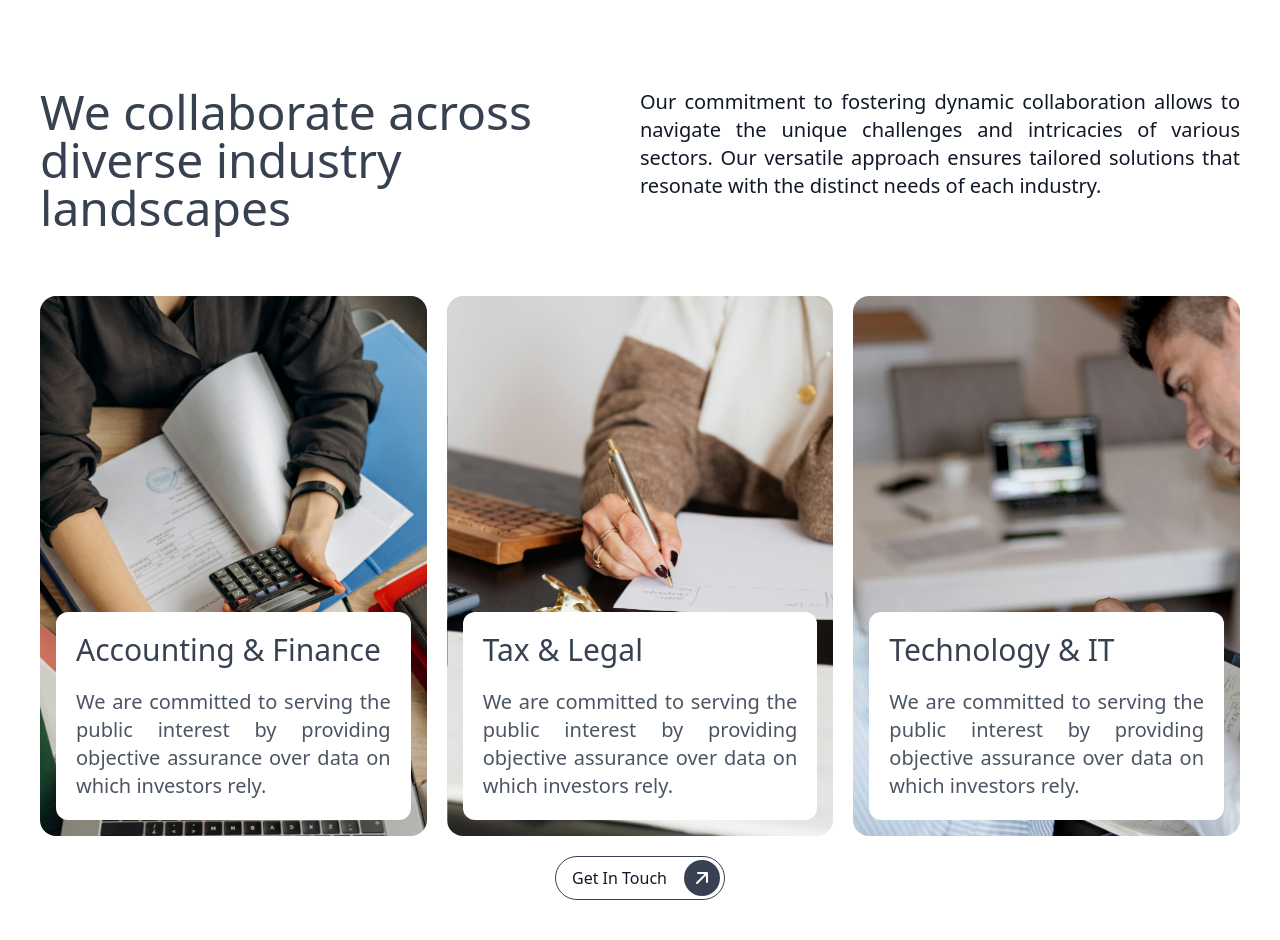
Repository: vespersolutionspk18/integrast-website
Page: /
The author's editor kept a copy of each file at every save. The page is drawn from the files as they stood at one save, then again after the next save.
The browser window is 1280 px wide. The pictures show the part of the page from y = 850 to 1802 px (the page is 1790 px tall before and 1802 px after).
The project was rebuilt for these pictures with package versions that can differ from the ones it lists, and the page was loaded fresh each time. The framework's server and built-in components were replaced by stand-ins that run in the browser. Also part of the build but not shown: next.config.ts.

Above is the page before, as saved 2024-12-09 16:11:38.

After the next save:
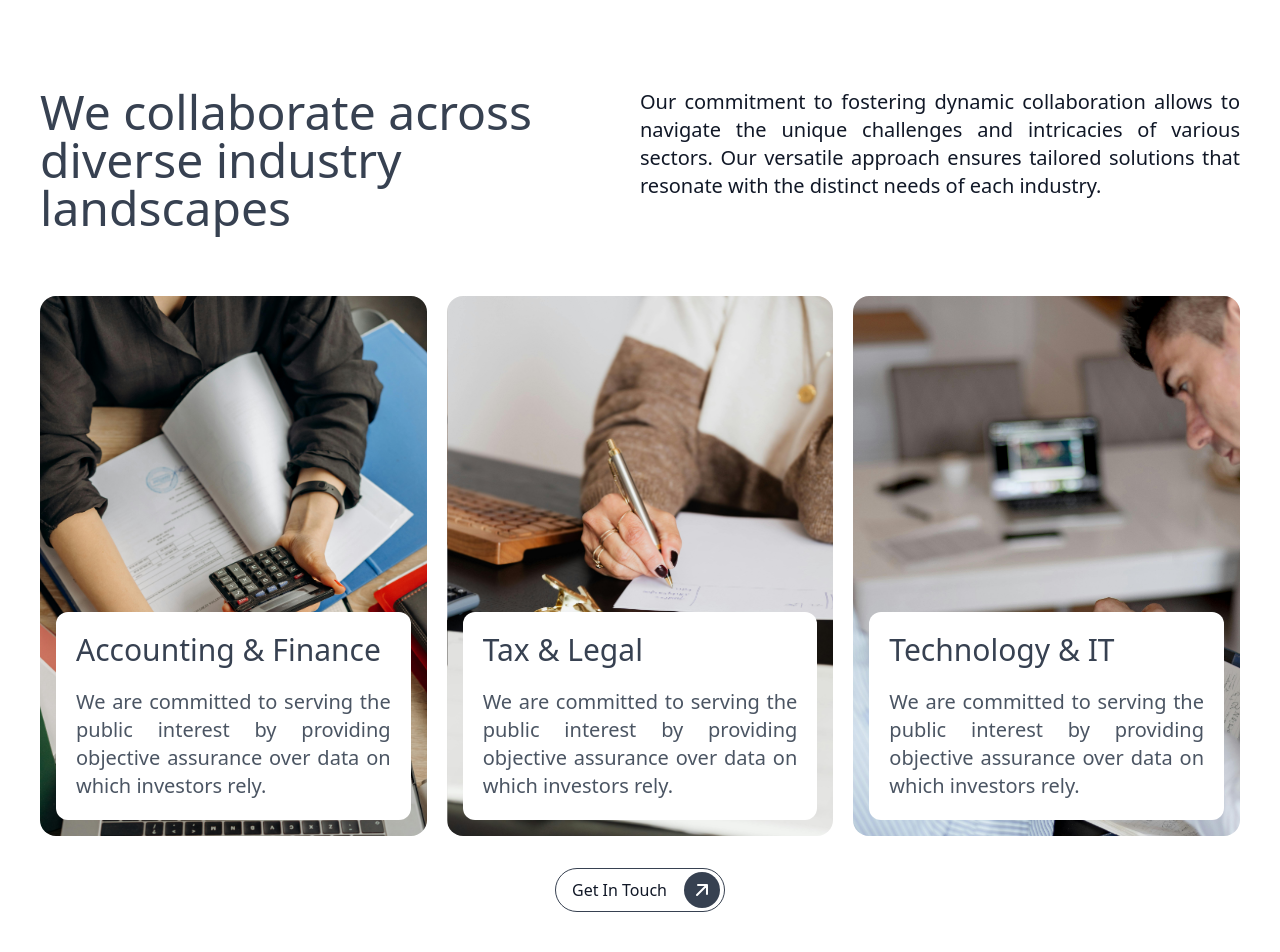
Saved 3 s later.
--- a/app/Services.tsx
+++ b/app/Services.tsx
@@ -25,7 +25,7 @@ const Services = () => {
             <p className="ml-5 mr-5 mb-5 text-justify font-sans font-light text-xl text-gray-600">We are committed to serving the public interest by providing objective assurance over data on which investors rely.</p>
             </div></div>
         </div>
-        <div className="mt-5">
+        <div className="mt-8">
                 <div id="button"
   className="group  bg-white h-[44px] flex-row border-[1px] border-gray-700 text-gray-900 text-[16px] py-1 px-1 font-light rounded-full hidden md:flex items-center justify-between w-[170px] transition-width duration-500 ease-in-out  hover:w-[195px] hover:bg-gray-700 hover:border-gray-700 hover:text-white "
 
